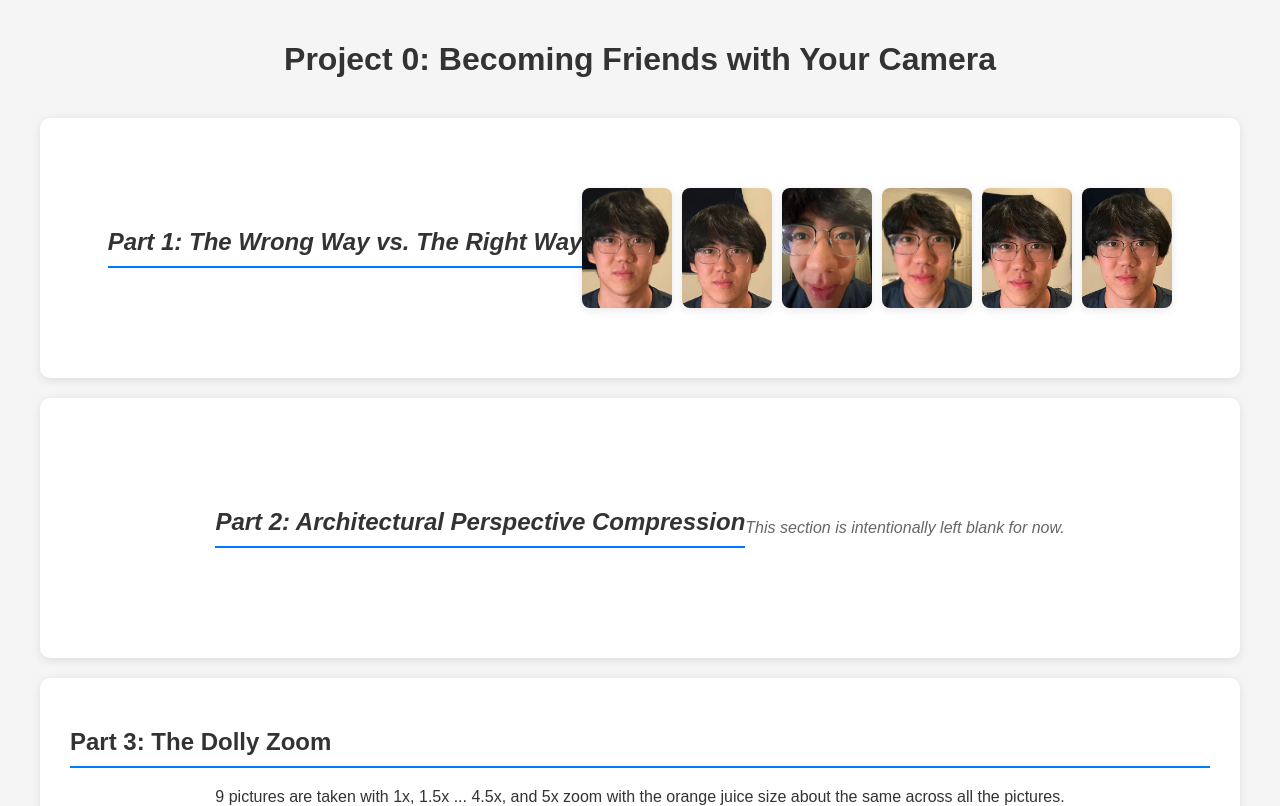
Repository: shuo-yuan/shuo-yuan.github.io
Page: 0/index.html
An editor plug-in stored every save of this project. The page is shown before and after a run of saves, followed by the edit.
The browser window is 1280 px wide. The pictures show the part of the page from y = 0 to 806 px (the page is 1200 px tall).
A picture or video elsewhere on the page could not be fetched, so the positions and the page height are approximate.

Above is the page before, as saved 2025-09-02 02:01:04.

### 0/index.html
<!DOCTYPE html>
<html lang="en">
<head>
    <meta charset="UTF-8">
    <meta name="viewport" content="width=device-width, initial-scale=1.0">
    <title>Project 0: Becoming Friends with Your Camera</title>
    <style>
        body {
            font-family: Arial, sans-serif;
            max-width: 1200px;
            margin: 0 auto;
            padding: 20px;
            background-color: #f5f5f5;
        }

        .part {
            background: white;
            margin: 20px 0;
            padding: 30px;
            border-radius: 10px;
            box-shadow: 0 2px 10px rgba(0,0,0,0.1);
        }

        .part h2 {
            color: #333;
            border-bottom: 2px solid #007bff;
            padding-bottom: 10px;
            margin-bottom: 20px;
        }

        .part1, .part2 {
            min-height: 200px;
            display: flex;
            align-items: center;
            justify-content: center;
            color: #666;
            font-style: italic;
        }

        .gif-container {
            text-align: center;
        }

        .gif-container img {
            max-width: 60%;
            height: auto;
            border-radius: 8px;
            box-shadow: 0 4px 15px rgba(0,0,0,0.2);
        }

        .gif-container p {
            margin-top: 15px;
            color: #666;
            font-size: 14px;
        }

        .selfie-row {
            display: flex;
            justify-content: center;
            align-items: center;
            gap: 10px;
            margin: 20px 0;
            flex-wrap: wrap;
        }

        .selfie-row img {
            max-width: 120px;
            max-height: 120px;
            width: auto;
            height: auto;
            border-radius: 8px;
            box-shadow: 0 2px 8px rgba(0,0,0,0.1);
            object-fit: cover;
        }
    </style>
</head>
<body>
    <h1 style="text-align: center; color: #333; margin-bottom: 40px;">Project 0: Becoming Friends with Your Camera</h1>

    <div class="part part1">
        <h2>Part 1: The Wrong Way vs. The Right Way</h2>
        <div class="selfie-row">
            <img src="media/selfie_5.jpg" alt="Selfie 5x">
            <img src="media/selfie_4.jpg" alt="Selfie 4x">
            <img src="media/selfie_05.jpg" alt="Selfie 0.5x">
            <img src="media/selfie_1.jpg" alt="Selfie 1x">
            <img src="media/selfie_2.jpg" alt="Selfie 2x">
            <img src="media/selfie_3.jpg" alt="Selfie 3x">
        </div>
    </div>

    <div class="part part2">
        <h2>Part 2: Architectural Perspective Compression</h2>
        <div class="part2">
            <p>This section is intentionally left blank for now.</p>
        </div>
    </div>

    <div class="part part3">
        <h2>Part 3: The Dolly Zoom</h2>
        <p style="text-align: center; margin-bottom: 20px; color: #333; font-size: 16px;">9 pictures are taken with 1x, 1.5x ... 4.5x, and 5x zoom with the orange juice size about the same across all the pictures.</p>
        <div class="gif-container">
            <img src="../0/media/recurring_animation.gif" alt="Recurring Animation GIF" onerror="this.style.display='none'; this.nextElementSibling.style.display='block';">
        </div>
    </div>
</body>
</html>

After the next 5 saves:
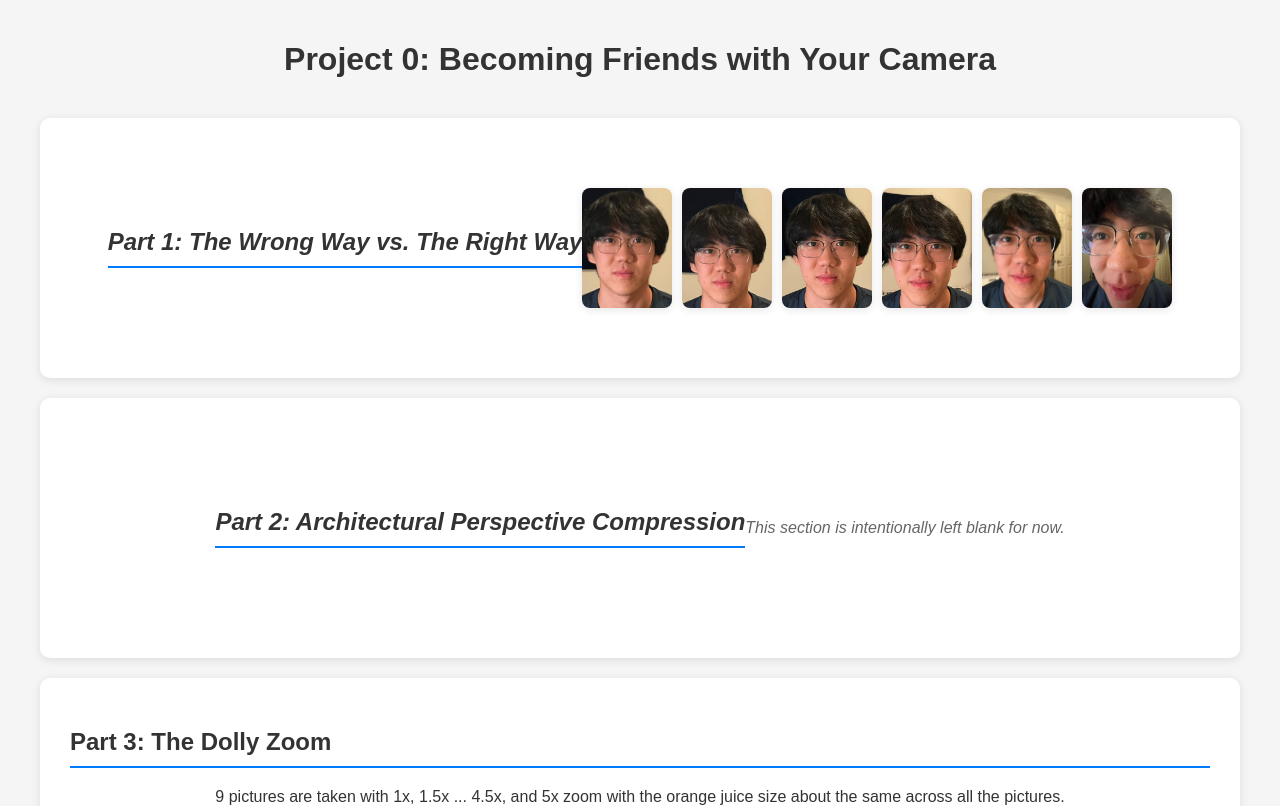
The 5 saves are shown as one change because they came seconds apart.
The last was saved 14 s later.
--- a/0/index.html
+++ b/0/index.html
@@ -82,10 +82,10 @@
         <div class="selfie-row">
             <img src="media/selfie_5.jpg" alt="Selfie 5x">
             <img src="media/selfie_4.jpg" alt="Selfie 4x">
+            <img src="media/selfie_3.jpg" alt="Selfie 3x">
+            <img src="media/selfie_2.jpg" alt="Selfie 2x">
+            <img src="media/selfie_1.jpg" alt="Selfie 1x">
             <img src="media/selfie_05.jpg" alt="Selfie 0.5x">
-            <img src="media/selfie_1.jpg" alt="Selfie 1x">
-            <img src="media/selfie_2.jpg" alt="Selfie 2x">
-            <img src="media/selfie_3.jpg" alt="Selfie 3x">
         </div>
     </div>
 
